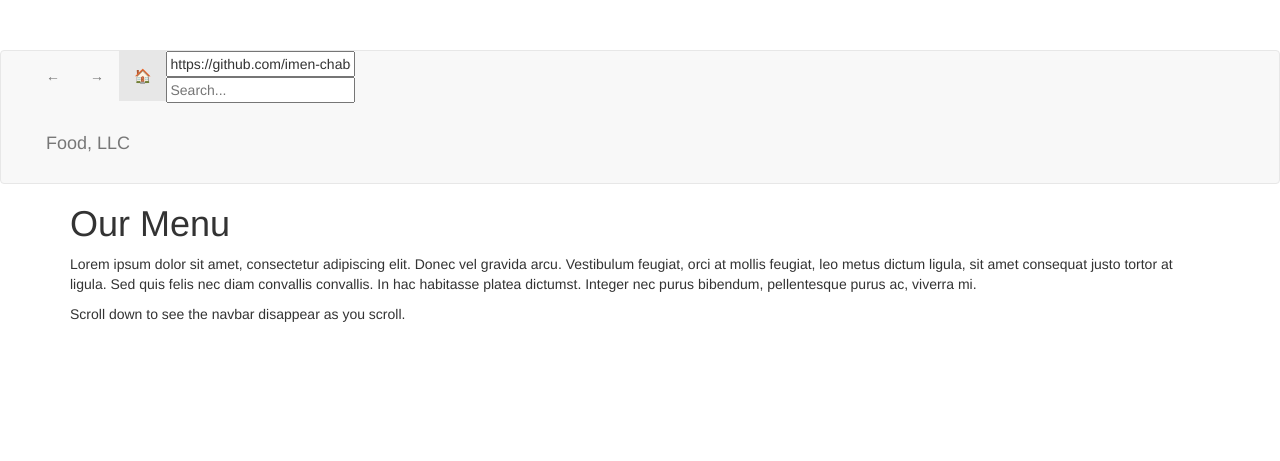
Repository: imen-chabchoub/coursera-test1
Page: mod3-solution/index.html
The author's editor kept a copy of each file at every save. The page is drawn from the files as they stood at one save, then again after the next save.
The browser window is 1280 px wide. The pictures show the whole page.

Above is the page before, as saved 2025-02-12 14:26:55.

After the next save:
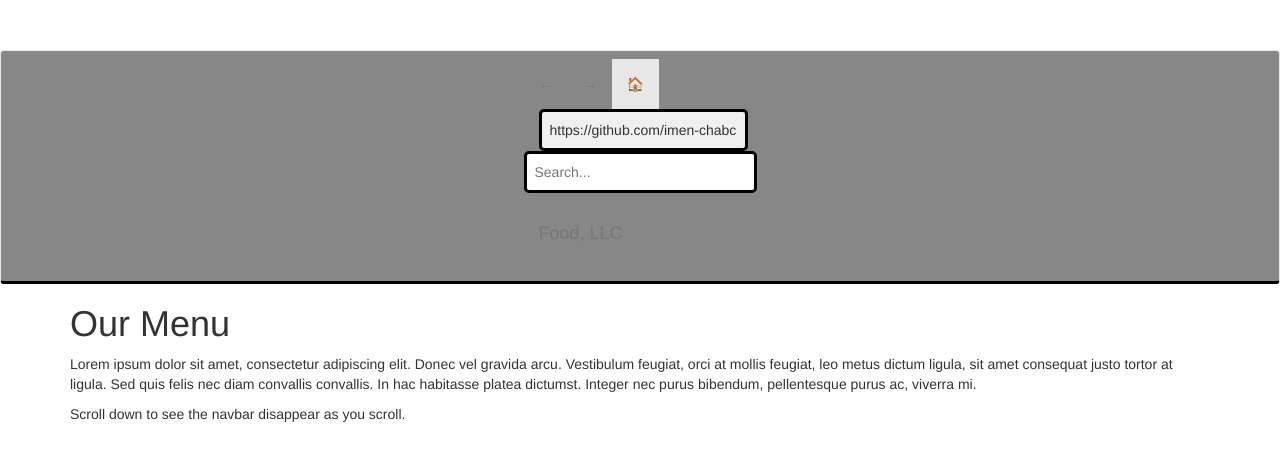
Saved 93 s later.
--- a/mod3-solution/css/style.css
+++ b/mod3-solution/css/style.css
@@ -4,9 +4,41 @@ body {
 
 .navbar {
     margin-bottom: 0;
+    display: flex;
+    justify-content: space-between;
+    align-items: center;
+    padding: 8px 20px;
+    background-color: #878787;
+    border-bottom: black solid;
 }
 
 .navbar-text {
     text-align: center;
     width: 100%;
 }
+.nav-url {
+    flex-grow: 2;
+
+}
+
+.nav-url input {
+    width: 90%;
+    padding: 8px;
+    border:black solid;
+    border-radius: 5px;
+    margin: 0 15px;
+    font-size: 14px;
+    background-color: #f0f0f0;
+}
+
+.search {
+    flex-basis: 150px;
+}
+
+.search input {
+    width: 100%;
+    padding: 8px;
+    border:black solid;
+    border-radius: 5px;
+
+}
